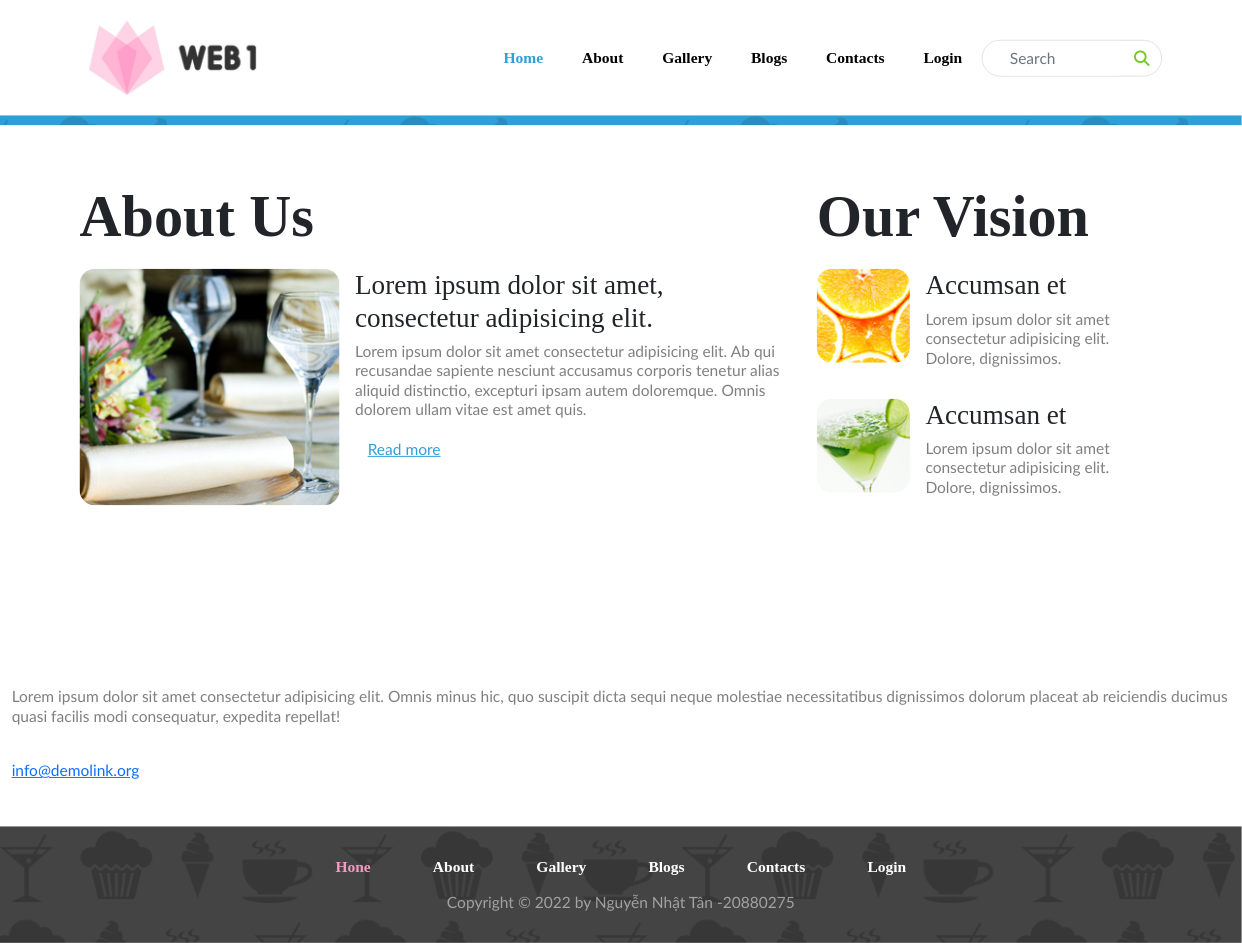
Repository: carembanhkem/web1-20880275
Page: about.html
The author's editor kept a copy of each file at every save. The page is drawn from the files as they stood at one save, then again after a run of saves.
The browser window is 1280 px wide. The pictures show the whole page, at 97% of full size.
Some web fonts or font styles are not loaded; a fallback is used. Some web libraries are served in a nearby version.

Above is the page before, as saved 2023-02-06 11:32:42.
Console error: ReferenceError: bootstrap is not defined

After the next 2 saves:
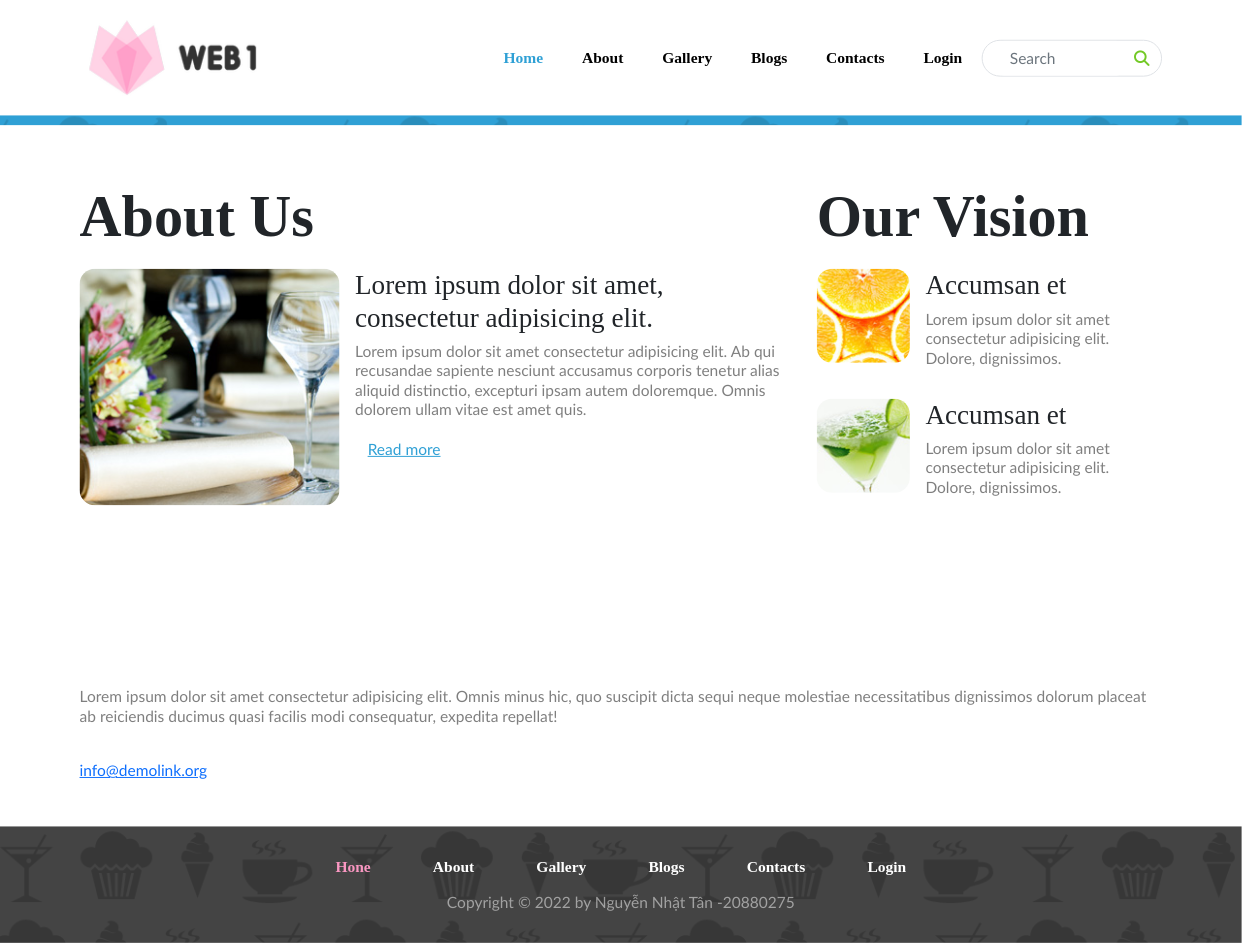
The 2 saves are shown as one change because they came seconds apart.
The last was saved 8 s later.
--- a/about.html
+++ b/about.html
@@ -90,14 +90,13 @@
     <!-- Testimonials-->
     <section class="container-fluid py-5" id="testimonials">
         <div class="container">
-
-        </div>
-        <h1 class="text-white">Testimonials</h1>
-        <div class="row">
-            <div class="col">
-                <p class="text-black-50">Lorem ipsum dolor sit amet consectetur adipisicing elit. Omnis minus hic, quo suscipit dicta sequi neque molestiae necessitatibus dignissimos dolorum placeat ab reiciendis ducimus quasi facilis modi consequatur, expedita repellat!</p>
-                <span class="text-white"></span><br>
-                <a href="#">info@demolink.org</a>
+            <h1 class="text-white">Testimonials</h1>
+            <div class="row">
+                <div class="col">
+                    <p class="text-black-50">Lorem ipsum dolor sit amet consectetur adipisicing elit. Omnis minus hic, quo suscipit dicta sequi neque molestiae necessitatibus dignissimos dolorum placeat ab reiciendis ducimus quasi facilis modi consequatur, expedita repellat!</p>
+                    <span class="text-white"></span><br>
+                    <a href="#">info@demolink.org</a>
+                </div>
             </div>
         </div>
     </section>
